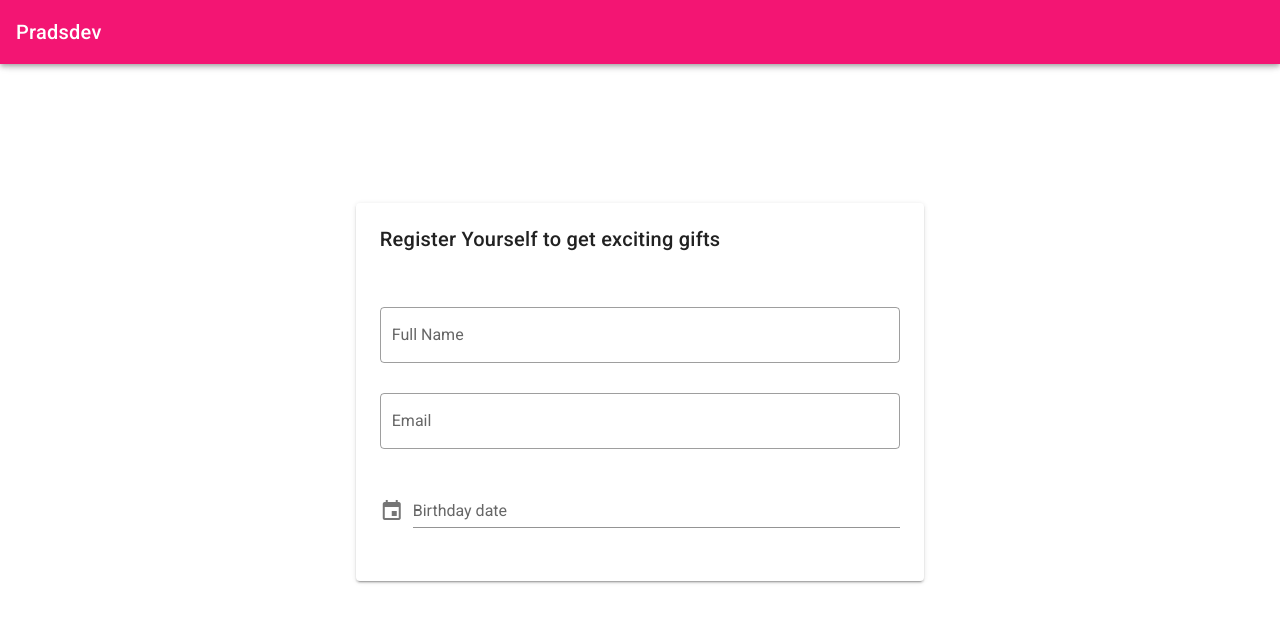
Repository: pradsdev/vue-form-validate
Page: /
An editor plug-in stored every save of this project. The page is shown before and after the next save, followed by the edit.
The browser window is 1280 px wide. The pictures show the whole page.
The project was rebuilt for these pictures with package versions that can differ from the ones it lists, and the page was loaded fresh each time. Also part of the build but not shown: vue.config.js.

Above is the page before, as saved 2020-12-21 23:15:03.

### src/App.vue
<template>
  <v-app>
    <v-app-bar
      app
      color="primary"
      dark
    >
      <div class="d-flex align-center">
        <div class="title">
          Pradsdev
        </div>
      </div>
    </v-app-bar>

    <v-main>
      <HelloWorld/>
    </v-main>
  </v-app>
</template>

<script>
import HelloWorld from './components/HelloWorld'

export default {
  name: 'App',

  components: {
    HelloWorld
  },

  data: () => ({
    //
  })
}
</script>

### src/plugins/vuetify.js
import Vue from 'vue'
import Vuetify from 'vuetify/lib/framework'

Vue.use(Vuetify)

export default new Vuetify({
  theme: {
    options: {
      customProperties: true
    },
    themes: {
      light: {
        primary: '#f31573',
        secondary: '#424242',
        accent: '#82B1FF',
        error: '#FF5252',
        info: '#2196F3',
        success: '#4CAF50',
        warning: '#FFC107'
      }
    }
  }
})

### src/components/HelloWorld.vue
<template>
  <v-container fill-height>
    <v-row class="text-center justify-center">
      <v-col cols="6">
        <v-card>
          <v-card-title class="py-5 mx-2">
            Register Yourself to get exciting gifts
          </v-card-title>
          <v-form class="mx-6 py-8">
            <v-text-field outlined label="Full Name"/>
            <v-text-field outlined label="Email"/>
            <v-menu
              ref="menu"
              v-model="menu"
              :close-on-content-click="false"
              transition="scale-transition"
              offset-y
              min-width="290px"
            >
              <template v-slot:activator="{ on, attrs }">
                <v-text-field
                  v-model="date"
                  label="Birthday date"
                  prepend-icon="mdi-calendar"
                  readonly
                  v-bind="attrs"
                  v-on="on"
                ></v-text-field>
              </template>
              <v-date-picker
                ref="picker"
                v-model="date"
                :max="new Date().toISOString().substr(0, 10)"
                min="1950-01-01"
                @change="save"
              ></v-date-picker>
            </v-menu>
          </v-form>
        </v-card>
      </v-col>
    </v-row>
  </v-container>
</template>

<script>
export default {
  name: 'HelloWorld',

  data: () => ({
    date: null,
    menu: false
  }),
  watch: {
    menu (val) {
      val && setTimeout(() => (this.$refs.picker.activePicker = 'YEAR'))
    }
  },
  methods: {
    save (date) {
      this.$refs.menu.save(date)
    }
  }
}
</script>

Loaded but not shown: public/index.html (common file); src/main.js (common file)

After the next save:
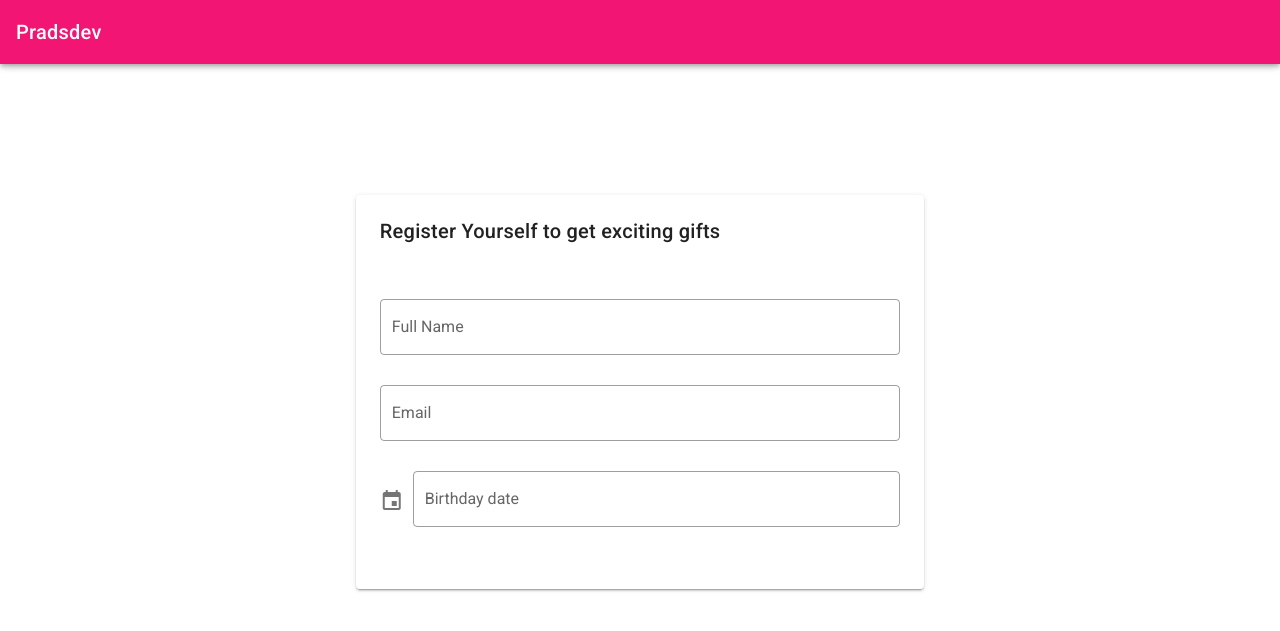
Saved 35 s later.
--- a/src/components/HelloWorld.vue
+++ b/src/components/HelloWorld.vue
@@ -23,6 +23,7 @@
                   label="Birthday date"
                   prepend-icon="mdi-calendar"
                   readonly
+                  outlined
                   v-bind="attrs"
                   v-on="on"
                 ></v-text-field>
